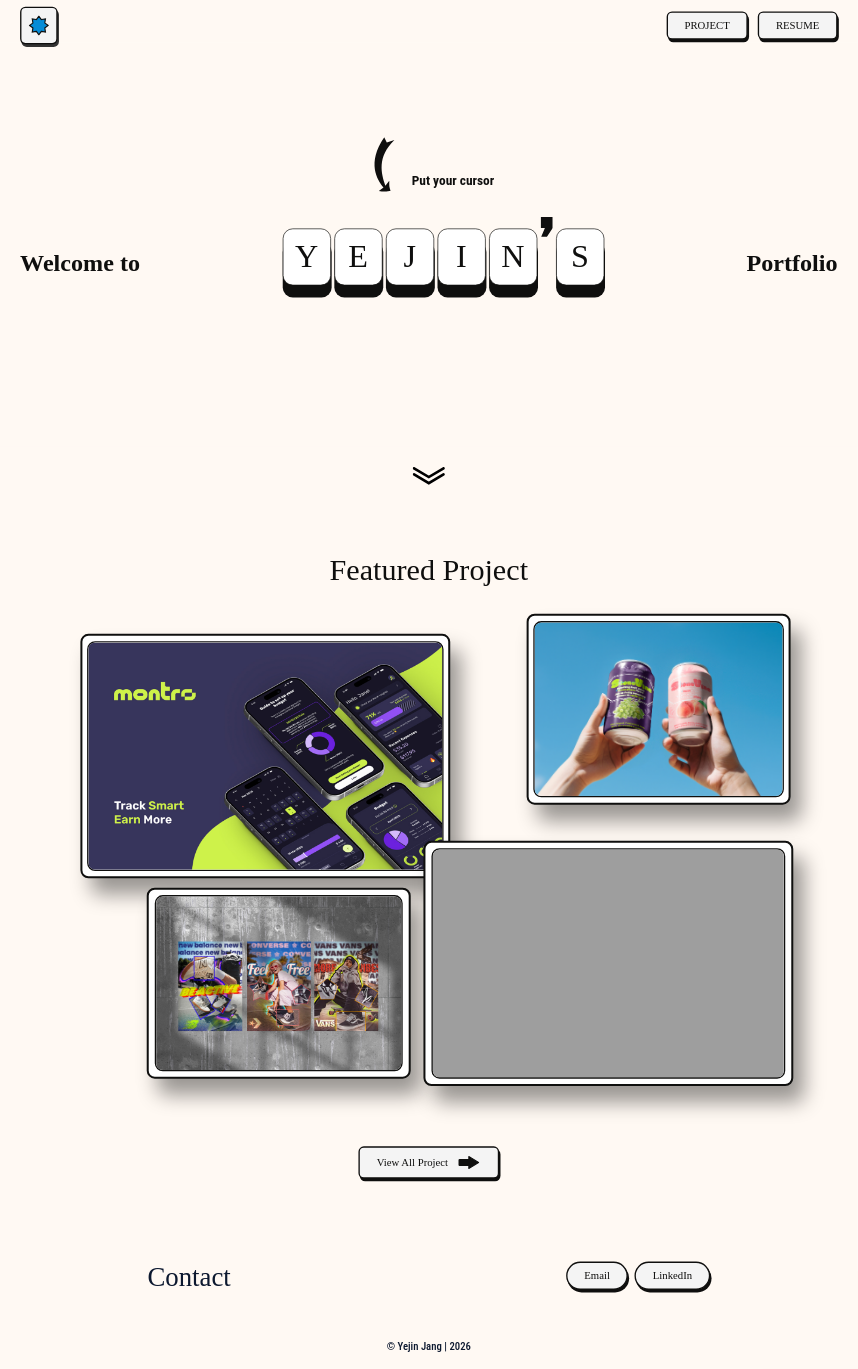
Repository: Yejin-Digital/Yejin.J.Portfolio
Page: /
These files come from the project's save history. The page is drawn as it stood at one moment and after the next save; the edit follows.
The browser window is 1280 px wide. The pictures show the whole page, at 67% of full size.
Pictures or frames that could not be fetched are drawn as grey boxes. The project was rebuilt for these pictures with package versions that can differ from the ones it lists, and the page was loaded fresh each time. Also part of the build but not shown: vite.config.js, src/styles/Project.module.css, src/styles/ProjectSelection.module.css, src/components/ProjectSelection.jsx, src/pages/Project.jsx, src/styles/Packaging.module.css, src/styles/Mockup.module.css, src/components/Mockup.jsx and 7 more.

Above is the page before, as saved 2026-02-15 02:34:09.

After the next save:
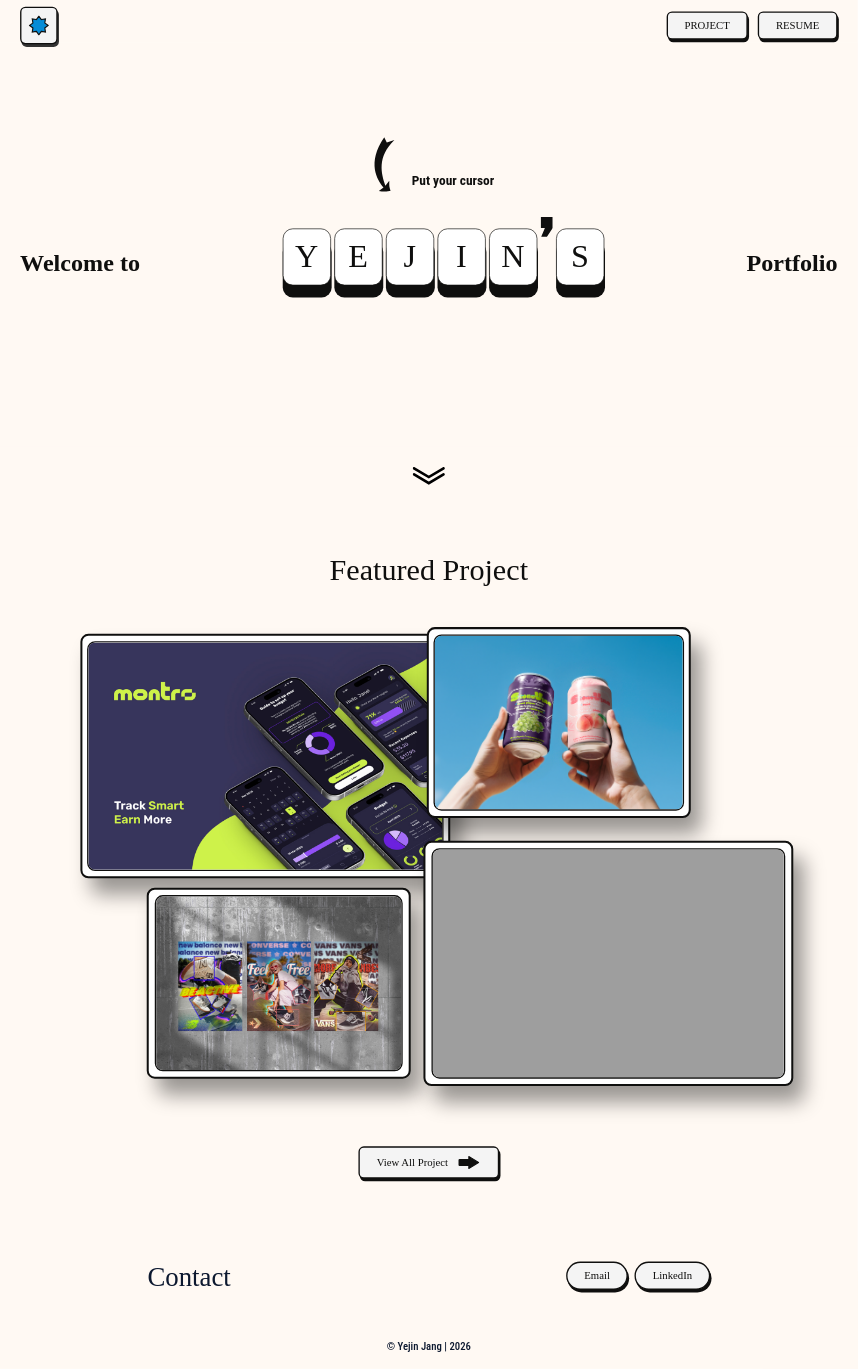
Saved 17 s later.
--- a/src/styles/LandingProject.module.css
+++ b/src/styles/LandingProject.module.css
@@ -40,7 +40,8 @@
 
 .cellTopRight {
   grid-area: 1 / 2;
-  align-items: flex-end;
+  top: 20px;
+  right: 15px;
 }
 
 .cellBottomLeft {
